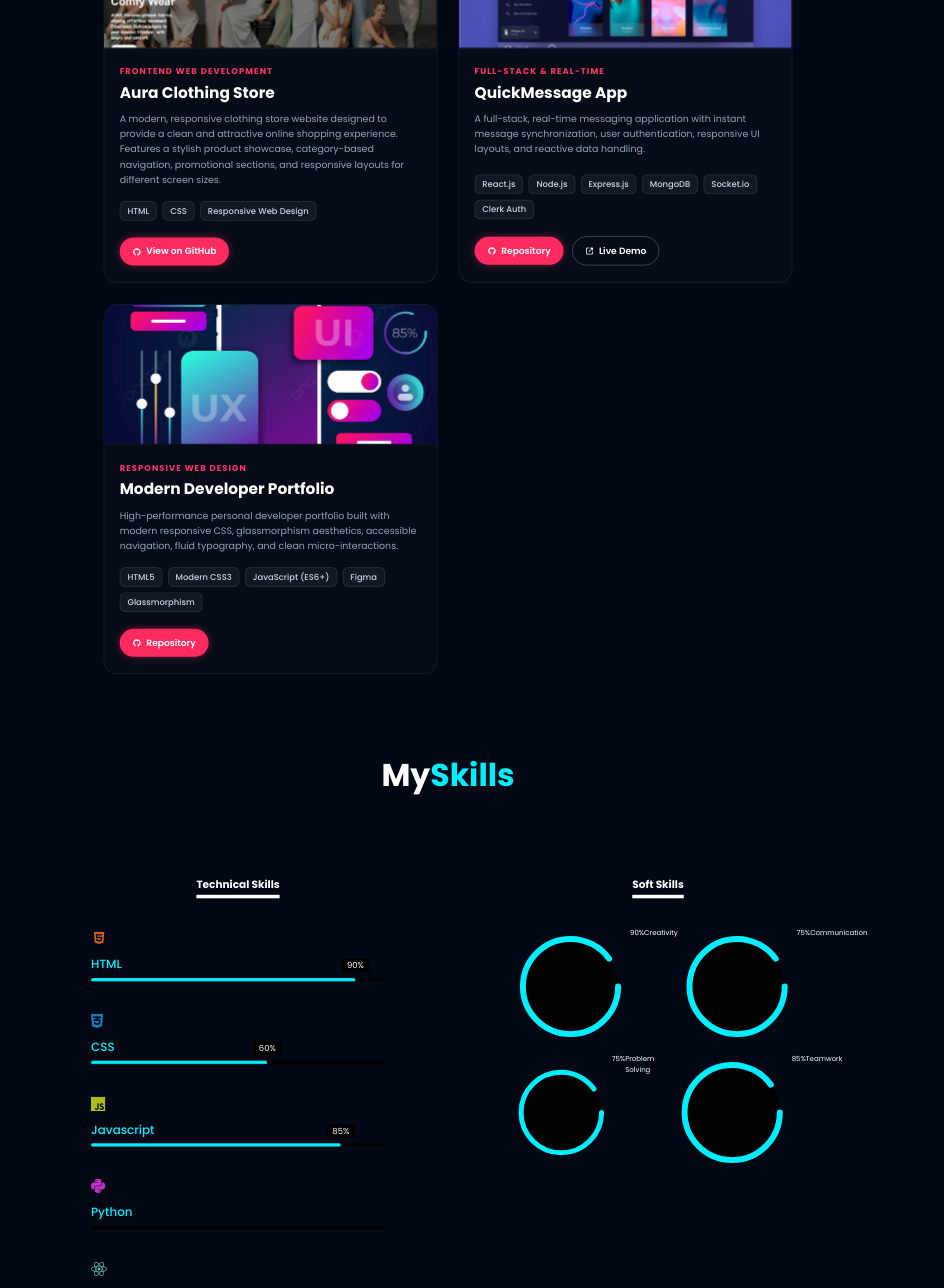
Repository: WathsalaHW/WathsalaHW_Portfolio
Page: index.html
These files come from the project's save history. The page is drawn as it stood at one moment and after the next save; the edit follows.
The browser window is 1280 px wide. The page is 1348 px wide, so the pictures cover 1348 px, including what lies to the right of the window. The pictures show the part of the page from y = 2565 to 4405 px (the page is 5287 px tall before and 5289 px after), at 70% of full size.

Above is the page before, as saved 2026-09-30 15:23:02.
Console error: TypeError: Cannot read properties of null (reading 'classList')

### index.html
<!DOCTYPE html>
<html lang="en">

<head>
  <meta charset="UTF-8" />
  <meta http-equiv="X-UA-Compatible" content="IE=edge" />
  <meta name="viewport" content="width=device-width, initial-scale=1.0" />
  <title>Responsive Personal Portfolio Website Design | Codehal</title>
  <link rel="stylesheet" href="css/style.css">

  <!-- box icons -->
  <link href="https://unpkg.com/boxicons@2.1.4/css/boxicons.min.css" rel="stylesheet" />
  <link rel="stylesheet" href="https://cdnjs.cloudflare.com/ajax/libs/font-awesome/6.5.1/css/all.min.css"
    integrity="sha512-DTOQO9RWCH3ppGqcWaEA1BIZOC6xxalwEsw9c2QQeAIftl+Vegovlnee1c9QX4TctnWMn13TZye+giMm8e2LwA=="
    crossorigin="anonymous" referrerpolicy="no-referrer" />

  <!-- custom css -->
  <link rel="stylesheet" href="css/style.css" />

  <style>
    /* Scoped styles for the updated About section cards & layout */
    .about-full-container {
      max-width: 1000px;
      margin: 0 auto;
      text-align: center;
      padding: 0 2rem;
    }

    .about-full-container .heading {
      margin-bottom: 2rem;
    }

    .about-text-content {
      text-align: left;
      margin-bottom: 2.5rem;
    }

    .about-text-content p {
      font-size: 1.5rem;
      line-height: 1.8;
      color: #e2e8f0;
      margin-bottom: 1.4rem;
    }

    .core-focus-title {
      font-size: 1.6rem;
      text-transform: uppercase;
      letter-spacing: 1.5px;
      font-weight: 700;
      color: #fff;
      text-align: left;
      margin: 2.5rem 0 1.5rem;
    }

    .focus-cards-grid {
      display: grid;
      grid-template-columns: repeat(auto-fit, minmax(280px, 1fr));
      gap: 1.8rem;
      margin-bottom: 3.5rem;
    }

    .focus-card {
      background: rgba(255, 255, 255, 0.03);
      border: 1px solid rgba(0, 238, 255, 0.2);
      border-radius: 1.2rem;
      padding: 2rem 1.6rem;
      text-align: left;
      backdrop-filter: blur(10px);
      transition: all 0.3s ease;
      display: flex;
      flex-direction: column;
      justify-content: space-between;
    }

    .focus-card:hover {
      border-color: #0ef;
      box-shadow: 0 0 20px rgba(0, 238, 255, 0.25);
      transform: translateY(-5px);
    }

    .focus-card-header {
      display: flex;
      justify-content: space-between;
      align-items: flex-start;
      margin-bottom: 1.5rem;
    }

    .focus-card-header h4 {
      font-size: 1.5rem;
      font-weight: 700;
      color: #fff;
      text-transform: uppercase;
      line-height: 1.3;
    }

    .focus-card-header i {
      font-size: 2.8rem;
      color: #0ef;
    }

    .focus-card-desc {
      font-size: 1.3rem;
      color: #94a3b8;
      line-height: 1.6;
      border-top: 1px solid rgba(255, 255, 255, 0.08);
      padding-top: 1.2rem;
    }

    .about-cta-btn {
      display: inline-block;
      padding: 1.2rem 3.5rem;
      background: #0ef;
      border-radius: 4rem;
      box-shadow: 0 0 15px #0ef;
      font-size: 1.5rem;
      color: #1f242d;
      letter-spacing: .1rem;
      font-weight: 700;
      text-transform: uppercase;
      transition: .5s ease;
      text-decoration: none;
    }

    .about-cta-btn:hover {
      box-shadow: none;
      background: #00c4d6;
      color: #fff;
    }
  </style>
</head>

<body>
  <!-- header design -->

  <header class="header">
    <a href="#" class="logo">Wathsala</a>

    <i class='bx bx-menu' id="menu-icon"></i>

    <nav class="navbar">
      <a href="#home" class="active">Home</a>
      <a href="#about">About</a>
      <a href="#services">Education</a>
      <a href="#portfolio">Portfolio</a>
      <a href="#contact">Contact</a>
    </nav>
  </header>

  <!-- home section design -->

  <section class="home" id="home">
    <div class="home-content">
      <h3>Hello, It's Me</h3>
      <h1>Wathsala Hewa</h1>
      <h3>And i'm a <span class="multiple-text"></span></h3>
      <p>Information Systems undergraduate passionate about software development and <br> emerging technologies. I enjoy solving problems, building practical solutions, and continuously developing my technical skills.</p>
      <div class="social-media">
        <a href="#"><i class='bx bxl-facebook'></i></a>
        <a href="#"><i class='bx bxl-twitter'></i></a>
        <a href="#"><i class='bx bxl-instagram-alt'></i></a>
        <a href="#"><i class='bx bxl-linkedin'></i></a>
      </div>
      <a href="https://drive.google.com/file/d/18wVo_nAF4BySdX1nRi15A8uuRpVdpAYx/view?usp=sharing" class="btn">Download CV</a>
    </div>

    <div class="home-img">
      <img src="images/home.png" alt="">
    </div>
  </section>

  <!-- about section design -->

  <section class="about" id="about">
    <div class="about-full-container">
      <h2 class="heading">ABOUT <span>ME</span></h2>

      <div class="about-text-content">
        <p>I am an Information Systems undergraduate at Sabaragamuwa University of Sri Lanka, focused on software engineering, database management, and system design. My academic training provides me with a strong foundation to analyze real-world problems and turn complex requirements into clean, structured digital solutions.</p>

        <p>On the technical side, I build responsive, end-to-end applications using React.js, Tailwind CSS, JavaScript, and Node.js. I enjoy crafting intuitive interfaces backed by secure APIs and efficient databases, ensuring every feature delivers speed, scalability, and an effortless user experience.</p>

        <p>By combining full-stack fundamentals with practical UI/UX principles, I build applications that are as functionally robust under the hood as they are engaging on screen. I am driven by continuous learning, modern engineering practices, and creating digital products that solve real-world problems.</p>
      </div>



      <div class="focus-cards-grid">
        <!-- Software Engineering Card -->
        <div class="focus-card">
          <div class="focus-card-header">
            <h4>Software<br>Engineering</h4>
            <i class='bx bx-code-curly'></i>
          </div>
          <div class="focus-card-desc">
            OOP, Clean Code &amp; Algorithmic Problem Solving
          </div>
        </div>

        <!-- Full-Stack Development Card -->
        <div class="focus-card">
          <div class="focus-card-header">
            <h4>Full-Stack<br>Development</h4>
            <i class='bx bx-data'></i>
          </div>
          <div class="focus-card-desc">
            Modern Web Applications &amp; End-to-End Delivery
          </div>
        </div>

        <!-- UI/UX Design Card -->
        <div class="focus-card">
          <div class="focus-card-header">
            <h4>UI/UX<br>Design</h4>
            <i class='bx bx-vector'></i>
          </div>
          <div class="focus-card-desc">
            User-Centered Interface Design &amp; Prototyping
          </div>
        </div>
      </div>

      <a href="#contact" class="about-cta-btn">Open to Internships &amp; Opportunities</a>
    </div>
  </section>

  <!-- services / education section design -->

  <div class="services" id="services">
    <h2 class="heading"> Education</h2>
  </div>

  <div class="services-container">
    <div class="services-box">
      <i class='bx bx-code-alt'></i>
      <h3>BSc (Hons) in Information Systems</h3>
      <p class="edu-institute">Sabaragamuwa University of Sri Lanka</p>

      <p class="edu-desc">
        Developing a rigorous foundation in software architecture, database management, and agile software development to solve real-world problems.
      </p>

      <div class="edu-coursework">
        <h4>Relevant Coursework:</h4>
        <div class="course-tags">
          <span>Data Structures &amp; Algorithms</span>
          <span>OOP</span>
          <span>DBMS</span>
          <span>Web Technologies</span>
          <span>Software Engineering</span>
          <span>System Analysis &amp; Design</span>
        </div>
      </div>

      <a href="#" class="btn">Undergraduate</a>
    </div>

    <div class="services-box">
  <i class="fa-solid fa-graduation-cap"></i>
  <h3>G.C.E. Advanced Level</h3>
  <p class="edu-institute">Defense Services College, Colombo 02</p>

  <p class="edu-desc">
    Successfully completed G.C.E. A/Ls in the Commerce stream with strong academic performance across Accounting, Economics, Business Statistics and General English.
  </p>

  <div class="edu-coursework">
    <h4>Key Subjects &amp; Results:</h4>
    <div class="course-tags">
      <span>Accounting: <strong>A</strong></span>
      <span>Economics: <strong>A</strong></span>
      <span>General English: <strong>A</strong></span>
      <span>Business Statistics: <strong>C</strong></span>
    </div>
  </div>

  <a href="#" class="btn">Completed</a>
</div>

    <div class="services-box">
  <i class='bx bx-book-reader'></i>
  <h3>Diploma in English Language &amp; Literature</h3>
  <p class="edu-institute">Aquinas College of Higher Studies</p>

  <p class="edu-desc">
    Successfully completed comprehensive coursework in advanced writing, critical analysis, and verbal fluency, building strong cross-functional communication and professional presentation skills.
  </p>

  <div class="edu-coursework">
    <h4>Key Focus Areas:</h4>
    <div class="course-tags">
      <span>Advanced Grammar &amp; Writing</span>
      <span>Professional Communication</span>
      <span>Critical Analysis</span>
      <span>Public Speaking &amp; Presentation</span>
    </div>
  </div>

  <a href="#" class="btn">Completed</a>
</div>

  <!-- portfolio section design -->

  <!-- portfolio section design -->
  <section class="portfolio" id="portfolio">
    <h2 class="heading">Latest <span>Projects</span></h2>

    <div class="projects-grid">
      <!-- Project Card 1 -->
      <div class="project-card">
        <div class="project-img-box">
          <img src="images/clothing.jpg" alt="Clothing Website Preview">
        </div>
        <div class="project-info">
          <span class="project-category">Frontend Web Development</span>
          <h3 class="project-title">Aura Clothing Store</h3>
          <p class="project-desc">
            A modern, responsive clothing store website designed to provide a clean and attractive online shopping experience. Features a stylish product showcase, category-based navigation, promotional sections, and responsive layouts for different screen sizes.
          </p>

          <div class="project-tags">
            <span>HTML</span>
            <span>CSS</span>
            <span>Responsive Web Design</span>

          </div>

          <div class="project-links">
            <a href="https://github.com/WathsalaHW/Aura-Clothing-Website" target="_blank" class="proj-btn primary">
              <i class='bx bxl-github'></i> View on GitHub
            </a>
          </div>
        </div>
      </div>

      <!-- Project Card 2 -->
      <div class="project-card">
        <div class="project-img-box">
          <img src="images/portfolio3.jpg" alt="QuickMessage App Preview">
        </div>
        <div class="project-info">
          <span class="project-category">Full-Stack &amp; Real-Time</span>
          <h3 class="project-title">QuickMessage App</h3>
          <p class="project-desc">
            A full-stack, real-time messaging application with instant message synchronization, user authentication, responsive UI layouts, and reactive data handling.
          </p>

          <div class="project-tags">
            <span>React.js</span>
            <span>Node.js</span>
            <span>Express.js</span>
            <span>MongoDB</span>
            <span>Socket.io</span>
            <span>Clerk Auth</span>
          </div>

          <div class="project-links">
            <a href="#" target="_blank" class="proj-btn primary">
              <i class='bx bxl-github'></i> Repository
            </a>
            <a href="#" target="_blank" class="proj-btn secondary">
              <i class='bx bx-link-external'></i> Live Demo
            </a>
          </div>
        </div>
      </div>

      <!-- Project Card 3 -->
      <div class="project-card">
        <div class="project-img-box">
          <img src="images/portfolio1.jpg" alt="Developer Portfolio Preview">
        </div>
        <div class="project-info">
          <span class="project-category">Responsive Web Design</span>
          <h3 class="project-title">Modern Developer Portfolio</h3>
          <p class="project-desc">
            High-performance personal developer portfolio built with modern responsive CSS, glassmorphism aesthetics, accessible navigation, fluid typography, and clean micro-interactions.
          </p>

          <div class="project-tags">
            <span>HTML5</span>
            <span>Modern CSS3</span>
            <span>JavaScript (ES6+)</span>
            <span>Figma</span>
            <span>Glassmorphism</span>
          </div>

          <div class="project-links">
            <a href="#" class="proj-btn primary">
              <i class='bx bxl-github'></i> Repository
            </a>
          </div>
        </div>
      </div>
    </div>
  </section>

  <!-- progress line / skills -->

  <h2 class="heading"> My<span>Skills</span></h2>

  <section class="section10">
    <div class="container1" id="skills">
      <h1 class="heading1">Technical Skills</h1>
      <div class="Technical-bars">
        <div class="bar"><i style="color: #c95d2e;" class='bx bxl-html5'></i>
          <div class="info">
            <span>HTML</span>
          </div>
          <div class="progress-line html">
            <span></span>
          </div>
        </div>

        <div class="bar"><i style="color: #147bbc;" class="fa-brands fa-css3-alt"></i>
          <div class="info">
            <span>CSS</span>
          </div>
          <div class="progress-line css">
            <span></span>
          </div>
        </div>

        <div class="bar"><i style="color: #b0bc1e;" class="fa-brands fa-js"></i>
          <div class="info">
            <span>Javascript</span>
          </div>
          <div class="progress-line Javascript">
            <span></span>
          </div>
        </div>

        <div class="bar"><i style="color: #c32ec9;" class="fa-brands fa-python"></i>
          <div class="info">
            <span>Python</span>
          </div>
          <div class="progress-line Python">
            <span></span>
          </div>
        </div>

        <div class="bar"><i style="color: #69bcbc;" class="fa-brands fa-react"></i>
          <div class="info">
            <span>React</span>
          </div>
          <div class="progress-line react">
            <span></span>
          </div>
        </div>
      </div>
    </div>

    <div class="container1">
      <h1 class="heading1">Soft Skills</h1>

      <div class="circles">
        <div class="radial-bars">
          <svg x="0px" y="0px" viewBox="0 0 200 200">
            <circle class="progress-bar" cx="100" cy="100" r="80"></circle>
            <circle class="path path-1" cx="100" cy="100" r="80"></circle>
          </svg>
          <div class="percentage">90%</div>
          <div class="text">Creativity</div>
        </div>

        <div class="radial-bars">
          <svg x="0px" y="0px" viewBox="0 0 200 200">
            <circle class="progress-bar" cx="100" cy="100" r="80"></circle>
            <circle class="path path-1" cx="100" cy="100" r="80"></circle>
          </svg>
          <div class="percentage">75%</div>
          <div class="text">Communication</div>
        </div>
      </div>

      <div class="circles">
        <div class="radial-bars">
          <svg x="0px" y="0px" viewBox="0 0 200 200">
            <circle class="progress-bar" cx="100" cy="100" r="80"></circle>
            <circle class="path path-1" cx="100" cy="100" r="80"></circle>
          </svg>
          <div class="percentage">75%</div>
          <div class="text">Problem Solving</div>
        </div>

        <div class="radial-bars">
          <svg x="0px" y="0px" viewBox="0 0 200 200">
            <circle class="progress-bar" cx="100" cy="100" r="80"></circle>
            <circle class="path path-1" cx="100" cy="100" r="80"></circle>
          </svg>
          <div class="percentage">85%</div>
          <div class="text">Teamwork</div>
        </div>
      </div>
    </div>
  </section>

  <!-- contact section design -->
  <section class="contact" id="contact">
    <h2 class="heading">Contact <span>Me!</span></h2>
    <form action="#">
      <div class="input-box">
        <input type="text" placeholder="Full Name">
        <input type="email" placeholder="Email Address">
      </div>

      <div class="input-box">
        <input type="number" placeholder="Mobile Number">
        <input type="text" placeholder="Email Subject">
      </div>
      <textarea name="" id="" cols="30" rows="10" placeholder="Your Message"></textarea>
      <input type="submit" value="Send Message" class="btn">
    </form>
  </section>

  <!-- footer design -->
  <footer class="footer">
    <div class="footer-iconTop">
      <a href="#home"><i class='bx bx-up-arrow-alt'></i></a>
    </div>
  </footer>

  <!-- scroll reveal -->
  <script src="https://unpkg.com/scrollreveal"></script>

  <!-- typed js -->
  <script src="https://cdn.jsdelivr.net/npm/typed.js@2.0.12"></script>

  <!-- custom js -->
  <script src="js/script.js"></script>
</body>

</html>

Loaded but not shown: js/script.js (64 lines, source omitted); css/style.css (911 lines, source omitted)

After the next save:
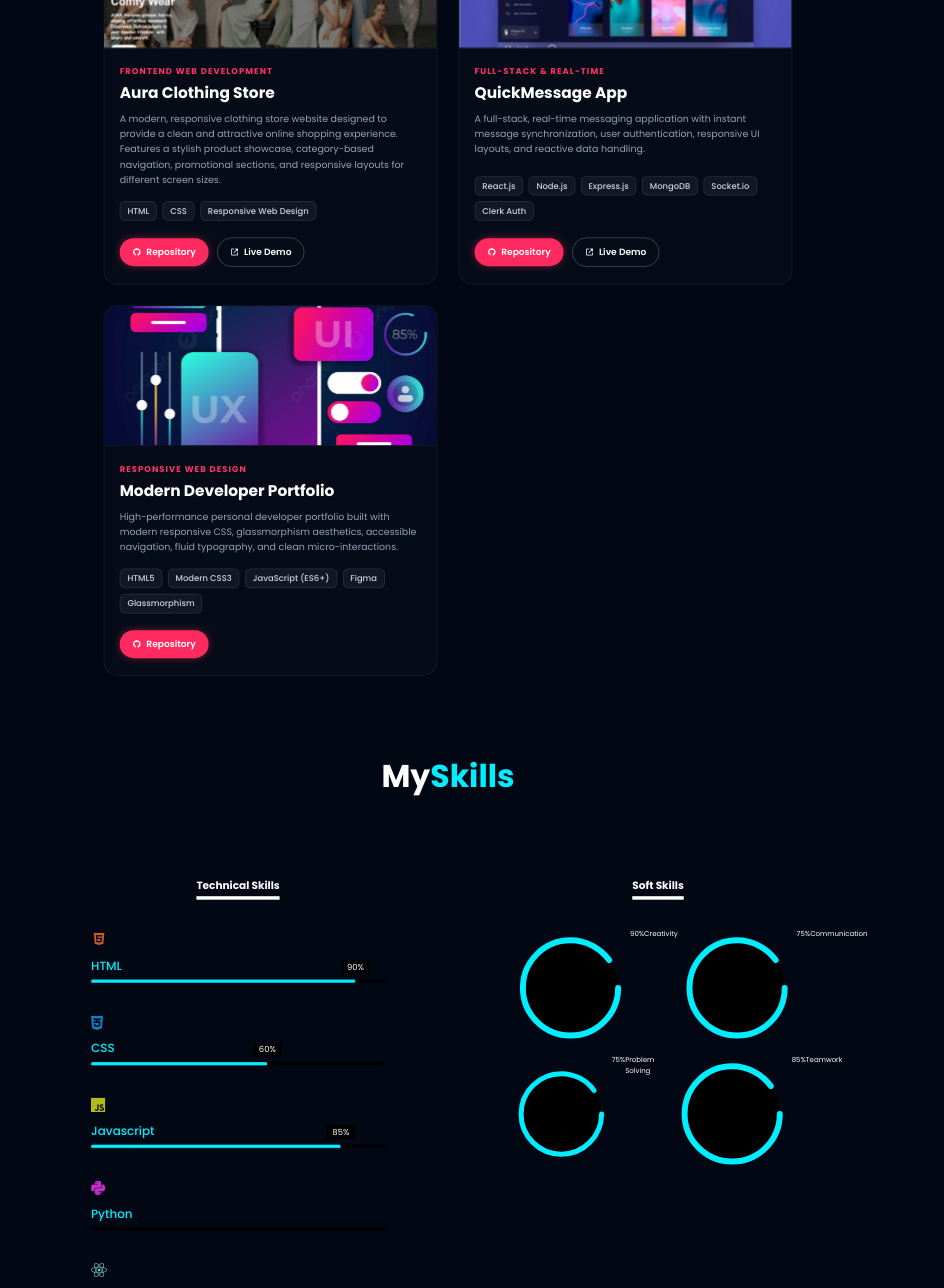
Saved 5 min 0 s later.
--- a/index.html
+++ b/index.html
@@ -326,7 +326,10 @@
 
           <div class="project-links">
             <a href="https://github.com/WathsalaHW/Aura-Clothing-Website" target="_blank" class="proj-btn primary">
-              <i class='bx bxl-github'></i> View on GitHub
+              <i class='bx bxl-github'></i> Repository
+            </a>
+            <a href="#" target="_blank" class="proj-btn secondary">
+              <i class='bx bx-link-external'></i> Live Demo
             </a>
           </div>
         </div>
